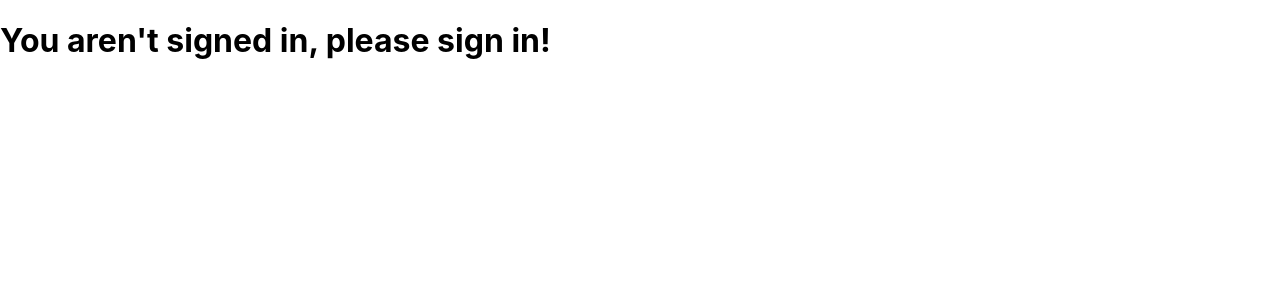
Repository: latenightsnacc/tokindrum
Page: /dashboard
These files come from the project's save history. The page is drawn as it stood at one moment and after the next save; the edit follows.
The browser window is 1280 px wide. The pictures show the whole page.
The page's requests for data from a server got no answer. The project was rebuilt for these pictures with package versions that can differ from the ones it lists, and the page was loaded fresh each time. The framework's server and built-in components were replaced by stand-ins that run in the browser. No one was signed in, and anything a server would have sent is missing. Also part of the build but not shown: next.config.js.

Above is the page before, as saved 2021-08-16 07:54:07.

After the next save:
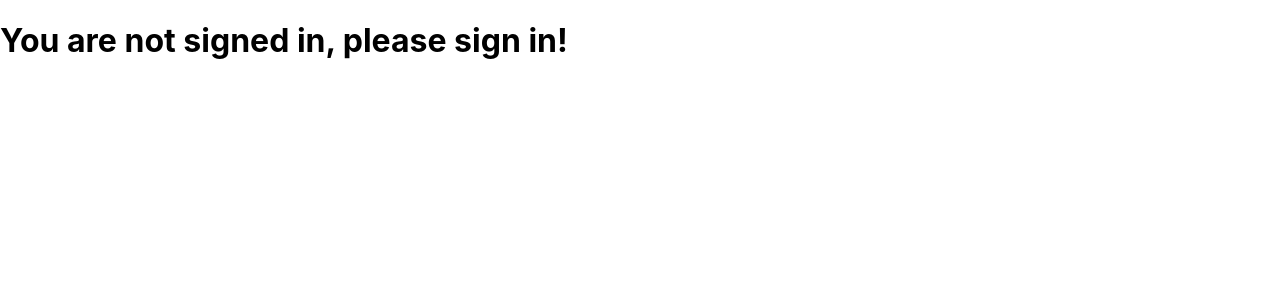
Saved 4 min 5 s later.
--- a/pages/dashboard.js
+++ b/pages/dashboard.js
@@ -22,7 +22,7 @@
         return (
            <main>
                <div>
-                   <h1>You aren't signed in, please sign in!</h1>
+                   <h1>You are not signed in, please sign in!</h1>
                </div>
            </main>
         )
